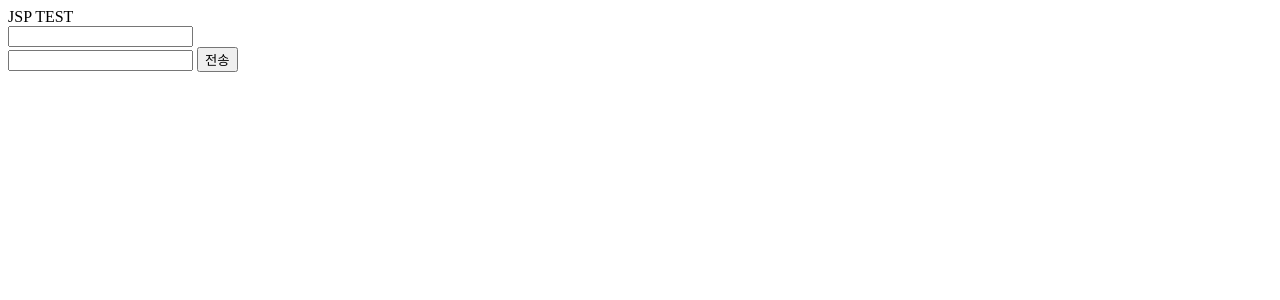
Repository: sontaku/learning_js
Page: http://localhost/form_jsp/form_res.jsp
An editor plug-in stored every save of this project. The page is shown before and after the next save, followed by the edit.
The browser window is 1280 px wide. The pictures show the whole page.
The page is served by Tomcat 9.

Above is the page before, as saved 2021-03-04 06:18:44.

After the next save:
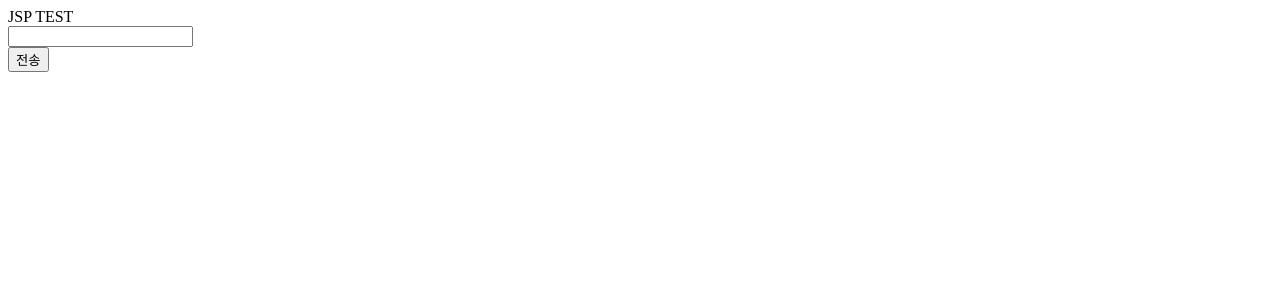
Saved 31 s later.
--- a/ajax/form_jsp/WebContent/form_res.jsp
+++ b/ajax/form_jsp/WebContent/form_res.jsp
@@ -11,7 +11,7 @@
 JSP TEST
   <form action="http://localhost:8081/form_jsp/form_res.jsp">
         <input type="text" name="query" id="네이버"><br>
-        <input type="text" name="query2" id="네이버">
+
         <!--중복 text 검색창은 첫번째꺼 이외 무효함-->
         <!-- 하지만 내용은 전송이 됨 -> query=111&query2=222 -->
         <input type="submit" value="전송">
